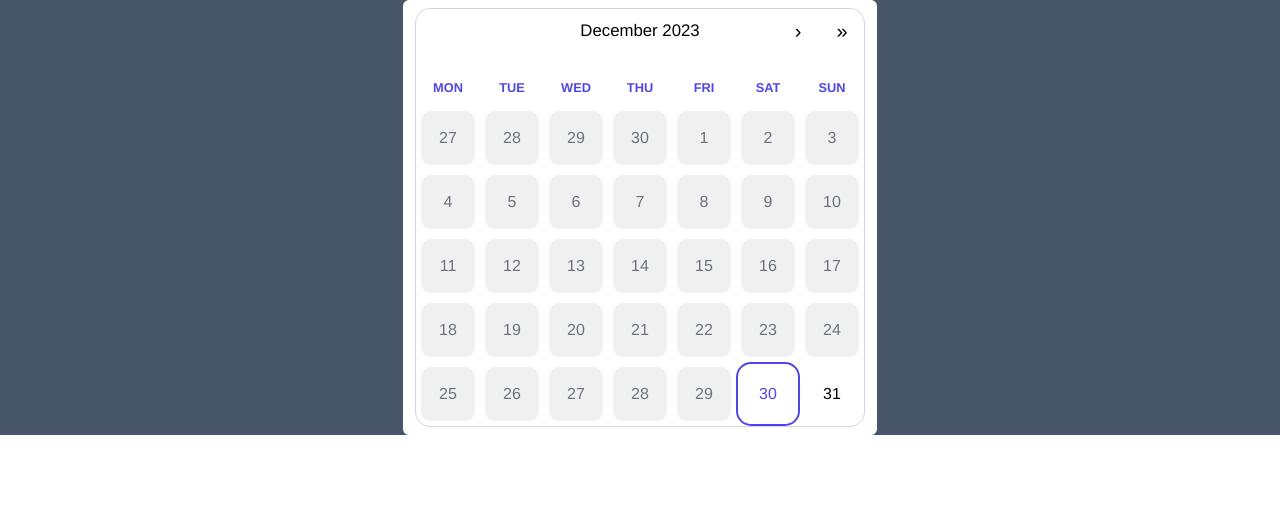
Repository: ImedBousakhria/appointment_system_prototype
Page: /, after clicking the first element matching `h2`
An editor plug-in stored every save of this project. The page is shown before and after the next save, followed by the edit.
The browser window is 1280 px wide. The pictures show the whole page.
The project was rebuilt for these pictures with package versions that can differ from the ones it lists, and the page was loaded fresh each time. Also part of the build but not shown: vite.config.js.

Above is the page before, as saved 2024-01-04 00:03:00.

After the next save:
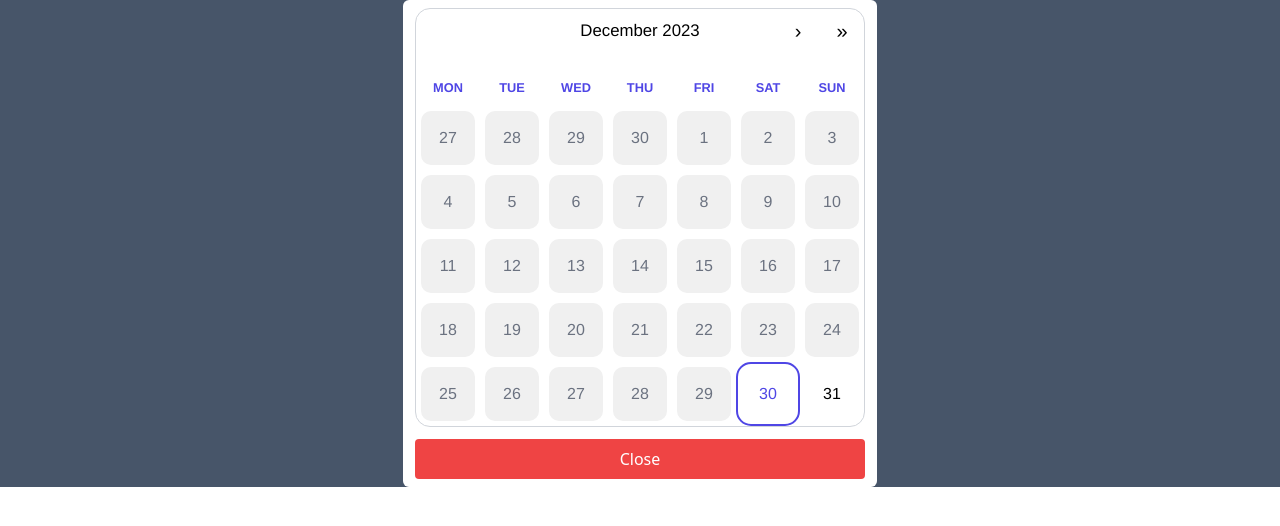
Saved 5 min 8 s later.
--- a/src/Calendar.jsx
+++ b/src/Calendar.jsx
@@ -181,6 +181,12 @@ export const Calendar = () => {
               view="month"
               onClickDay={handleDateClick}
             />
+            <button
+              onClick={handleCalendarClose}
+              className="mt-3 bg-red-500 text-white p-2 rounded"
+            >
+              Close
+            </button>
           </motion.div>
         )}
         {date.justDate && !showTimeSelection && (
@@ -213,6 +219,7 @@ export const Calendar = () => {
 };
 
 export default Calendar;
+
 
 
 
